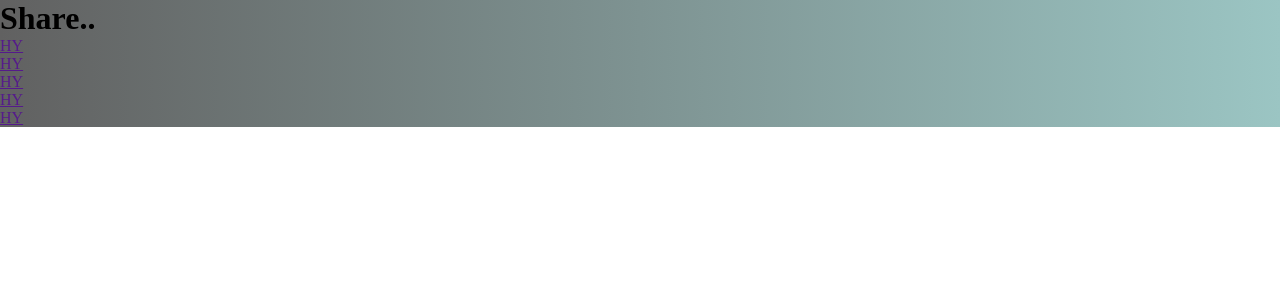
Repository: bhandarii7/TabX
Page: index.html
An editor plug-in stored every save of this project. The page is shown before and after the next save, followed by the edit.
The browser window is 1280 px wide. The pictures show the whole page.

Above is the page before, as saved 2021-10-04 20:57:12.

After the next save:
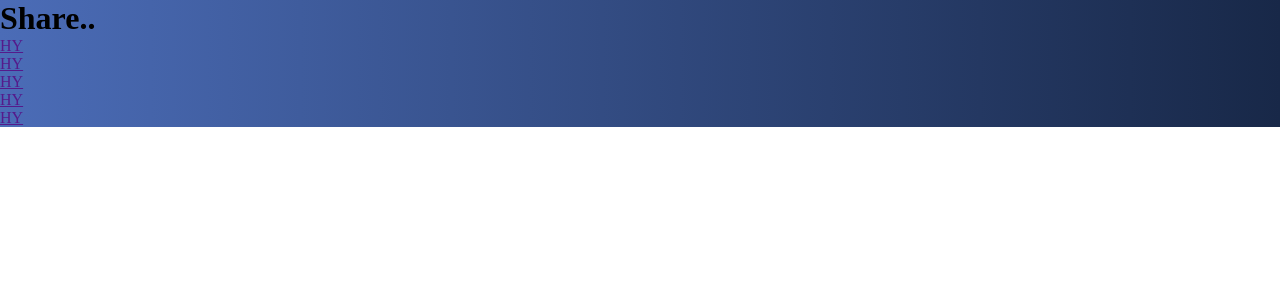
Saved 104 s later.
--- a/style1.css
+++ b/style1.css
@@ -3,5 +3,5 @@
     padding: 0%;
 }
 .box{
-    background-image: linear-gradient(to right,#616161,#9bc5c3);
+    background-image: linear-gradient(to right,#4b6cb7,#182848);
 }
